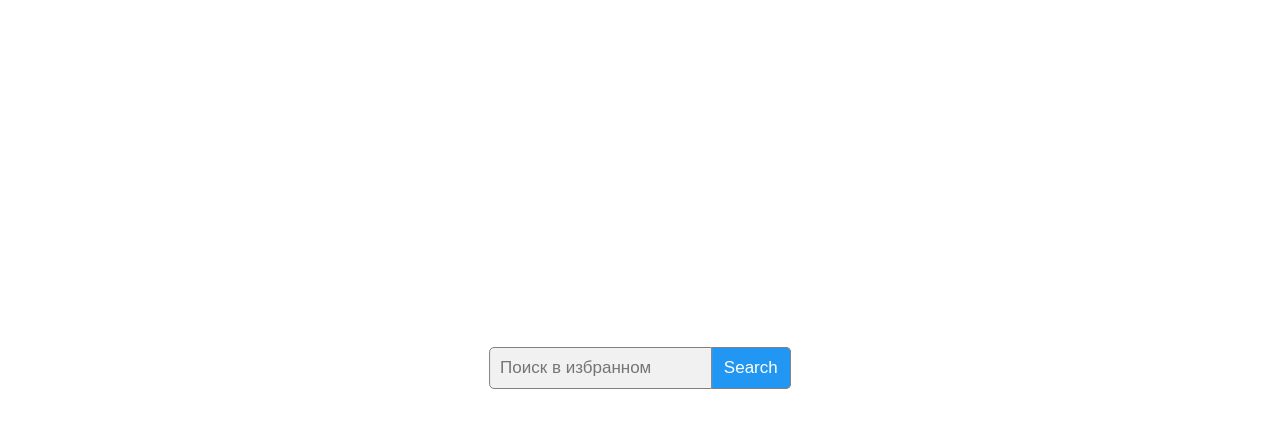
Repository: bek2d/VkAnalyticTool
Page: http://localhost/search
An editor plug-in stored every save of this project. The page is shown before and after the next save, followed by the edit.
The browser window is 1280 px wide. The pictures show the whole page.
The page is served by the project's application, run on Flask 3 (app.py).

Above is the page before, as saved 2022-04-17 17:15:01.

### templates/search.html
<!DOCTYPE html>
<html lang="en">
<head>
    <meta charset="UTF-8">
    <meta http-equiv="X-UA-Compatible" content="IE=edge">
    <meta name="viewport" content="width=, initial-scale=1.0">
    <link rel="stylesheet" href="static/google.css">
    <title>Document</title>
</head>
<body>
<form class="example" method = "POST", action="/results">
  <input type="text" placeholder="Поиск в избранном" name="Найти">
  <button type="submit" class="btn btn-primary">Search</button>
  {% for e in data %}
        <div class='post'>
            <p>{{ e }}</p>
        </div>
  {% endfor %}
</form>
</body>
</html>

### app.py
import sqlite3
from flask import Flask, render_template, request, redirect, url_for


app = Flask(__name__)

# @app.route('/')
# def index():
#     conn = sqlite3.connect('myScrapedDatabase.db')
#     posts = conn.execute('SELECT * FROM titlesFavorites').fetchall()
#     conn.close()
#     return render_template('index.html', posts=posts)


# @app.route('/about')
# def about():
#     conn = sqlite3.connect('myScrapedDatabase.db')
#     posts = conn.execute('SELECT * FROM titlesFavorites').fetchall()
#     conn.close()
#     return str(posts)
# # run flask app



#endpoint for search
@app.route('/search', methods=['GET', 'POST'])
def search():
    conn = sqlite3.connect('myScrapedDatabase.db')
    cursor = conn.cursor()
    if request.method == "POST":
        # search by author or book
        cursor.execute("SELECT * FROM titlesFavorites")
        conn.commit()
        data = cursor.fetchall()
        # all in the search box will return all the tuples
        return render_template('search.html', data=data)
    return render_template('search.html')
@app.route('/results', methods=['GET', 'POST'])
def results():
    conn = sqlite3.connect('myScrapedDatabase.db')
    cursor = conn.cursor()
    cursor.execute("SELECT * FROM titlesFavorites")
    conn.commit()
    data = cursor.fetchall()
    return render_template('results.html', data=data)
# create route named google that will accept search term from the user
@app.route('/google')
def google():
    return render_template('google.html')
if __name__ == '__main__':
    app.run(debug=True)

### static/google.css
* {
  box-sizing: border-box;
}


form.example input[type=text] {
  border-top-left-radius: 5px;
  border-bottom-left-radius: 5px;
  padding: 10px;
  font-size: 17px;
  border: 1px solid grey;
  float: left;
  width: 70%;
  background: #f1f1f1;
}


form.example button {
  border-top-right-radius: 5px;
  border-bottom-right-radius: 5px;
  float: left;
  width: 25%;
  padding: 10px;
  background: #2196F3;
  color: white;
  font-size: 17px;
  border: 1px solid grey;
  border-left: none;
  cursor: pointer;
}

form.example button:hover {
  background: #0b7dda;
}

/* Clear floats */
form.example::after {
  content: "";
  clear: both;
  display: table;
}


body {
  position: absolute;
  top: 50%;
  left: 50%;
  transform: translate(-50%, -50%);
}

After the next save:
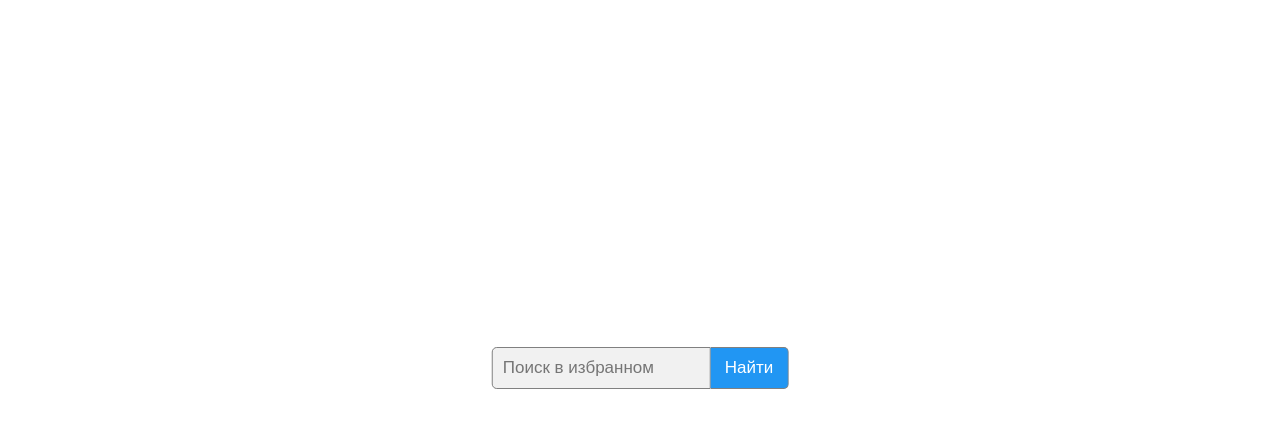
Saved 50 s later.
--- a/templates/search.html
+++ b/templates/search.html
@@ -9,8 +9,8 @@
 </head>
 <body>
 <form class="example" method = "POST", action="/results">
-  <input type="text" placeholder="Поиск в избранном" name="Найти">
-  <button type="submit" class="btn btn-primary">Search</button>
+  <input type="text" placeholder="Поиск в избранном" name="search">
+  <button type="submit" class="btn btn-primary">Найти</button>
   {% for e in data %}
         <div class='post'>
             <p>{{ e }}</p>
